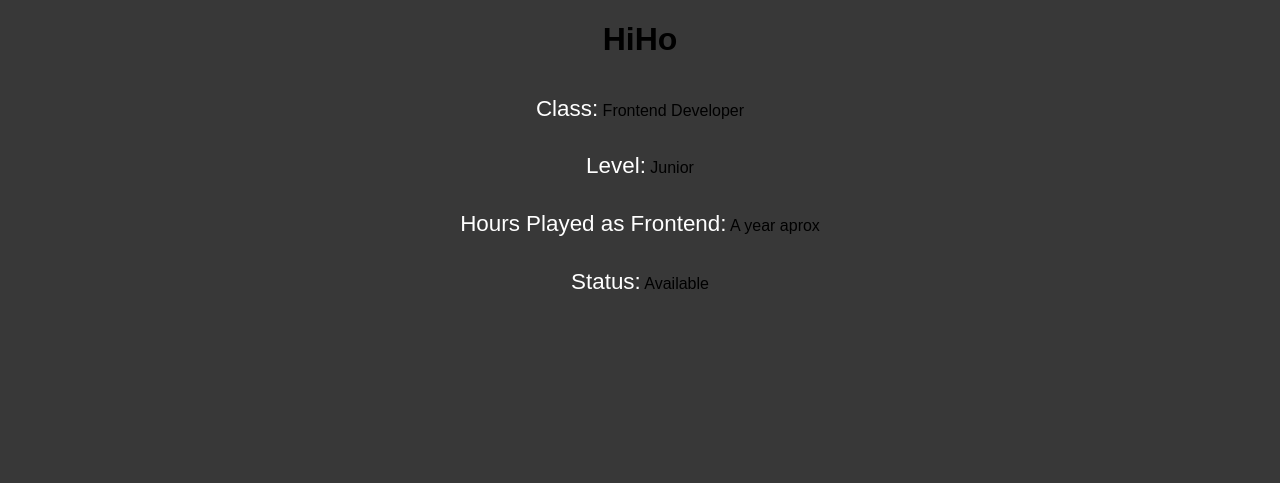
Repository: sernalab/soon
Page: index.html
These files come from the project's save history. The page is drawn as it stood at one moment and after the next save; the edit follows.
The browser window is 1280 px wide. The pictures show the whole page.
Some web fonts or font styles are not loaded; a fallback is used.

Above is the page before, as saved 2018-12-23 23:54:45.

After the next save:
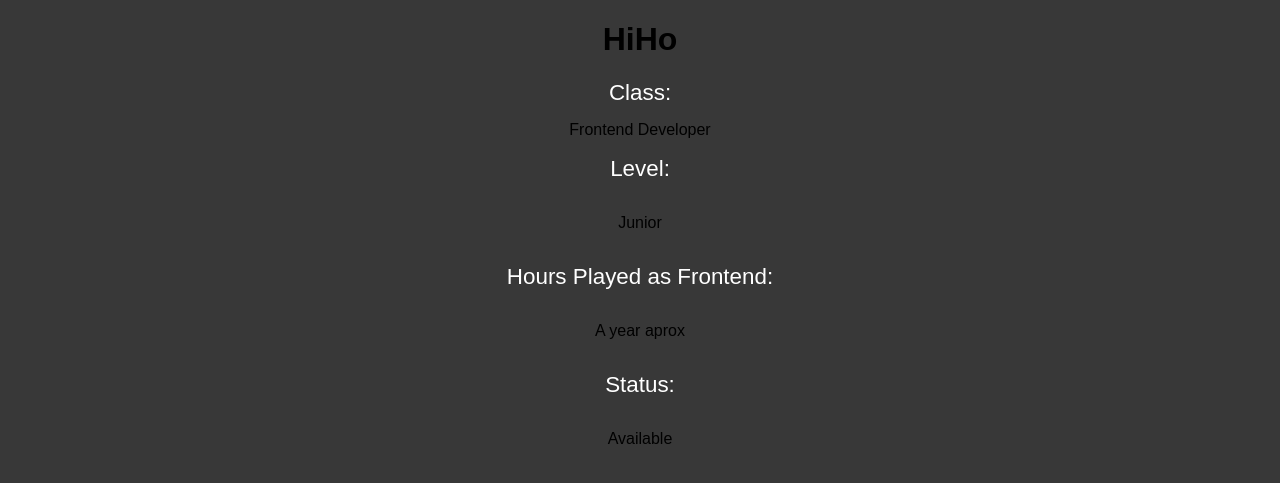
Saved 38 s later.
--- a/index.html
+++ b/index.html
@@ -13,10 +13,14 @@
 <body>
     <main>
         <h1>HiHo</h1>
-        <p><span>Class:</span> Frontend Developer</p>
-        <p><span>Level:</span> Junior</p>
-        <p><span>Hours Played as Frontend:</span> A year aprox</p>
-        <p><span>Status:</span> Available</p>
+        <span>Class:</span>
+        <p> Frontend Developer</p>
+        <span>Level:</span>
+        <p></p>Junior</p>
+        <span>Hours Played as Frontend:</span>
+        <p></p>A year aprox</p>
+        <span>Status:</span>
+        <p></p>Available</p>
     </main>
 </body>
 
